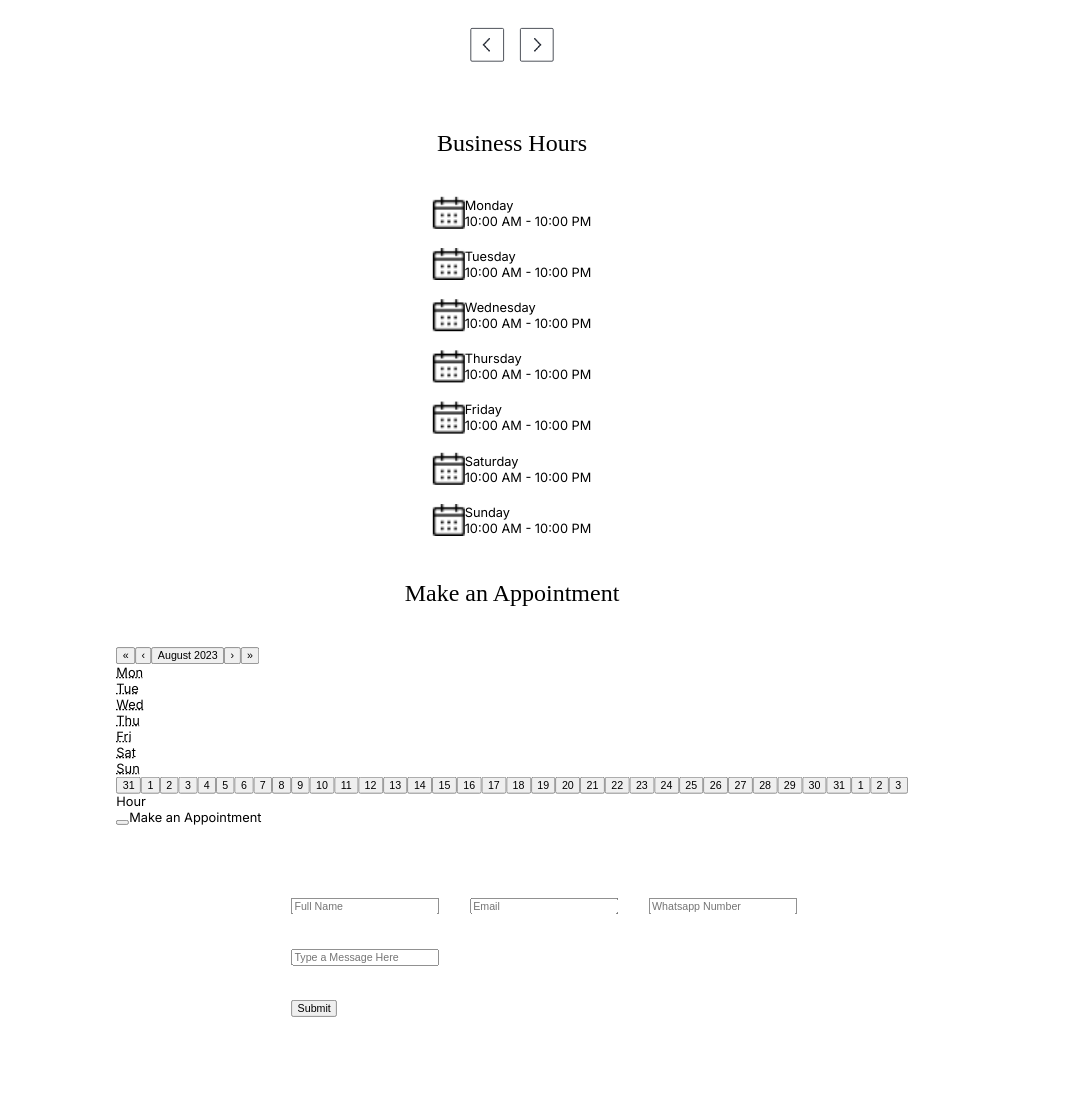
Repository: nikita120402/next13-deploy
Page: /
The author's editor kept a copy of each file at every save. The page is drawn from the files as they stood at one save, then again after the next save.
The browser window is 1280 px wide. The page is 1352 px wide, so the pictures cover 1352 px, including what lies to the right of the window. The pictures show the part of the page from y = 2300 to 3698 px (the page is 3694 px tall before and 3698 px after), at 80% of full size.
The project was rebuilt for these pictures with package versions that can differ from the ones it lists, and the page was loaded fresh each time. The framework's server and built-in components were replaced by stand-ins that run in the browser. Also part of the build but not shown: next.config.js.

Above is the page before, as saved 2023-08-08 02:19:06.

After the next save:
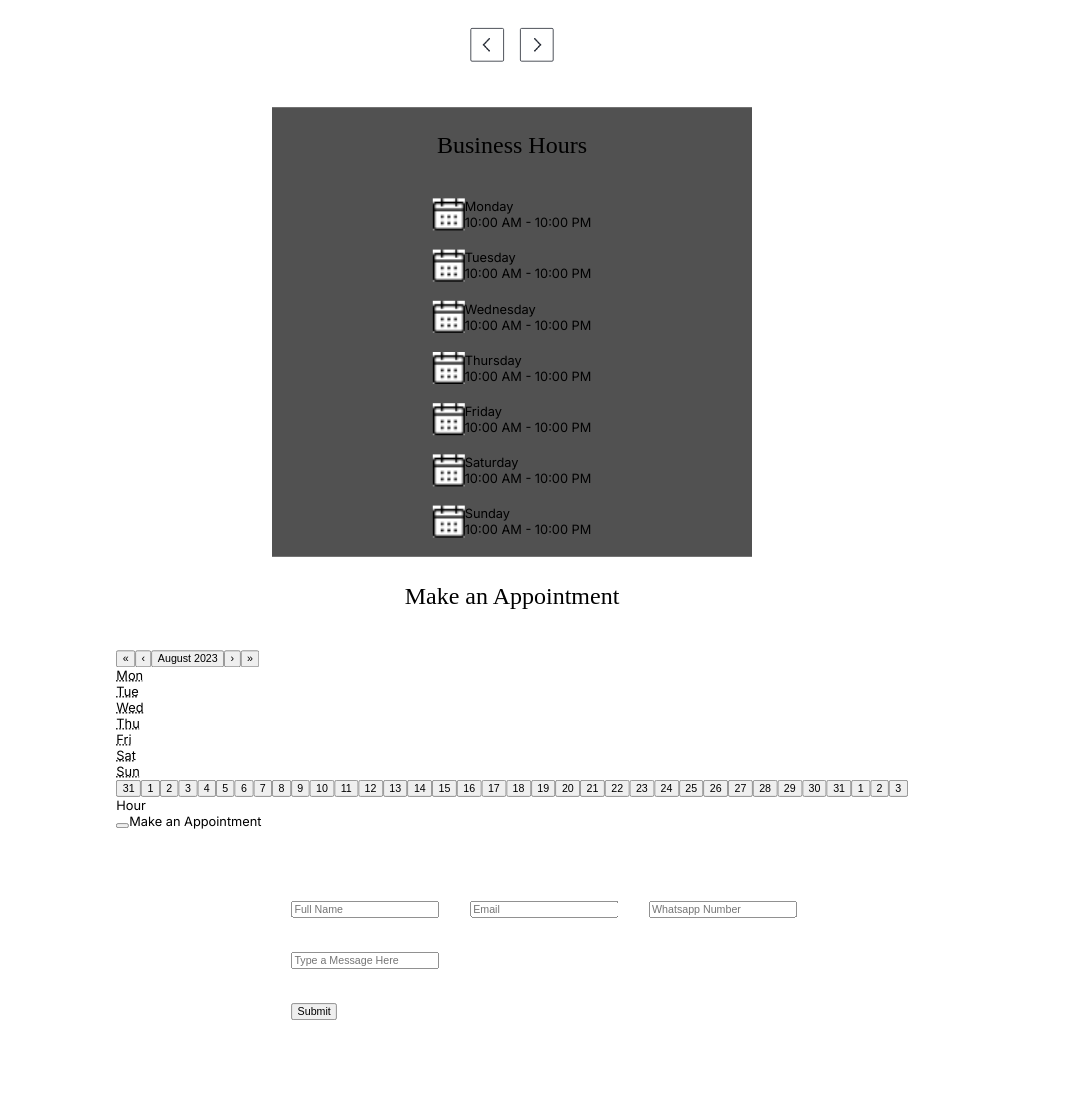
Saved 52 s later.
--- a/src/app/Design.module.css
+++ b/src/app/Design.module.css
@@ -131,7 +131,11 @@
     flex-wrap: wrap;
 }
 .businesscard{
-
+    background-color: #515151;
+    width: 600px;
+    margin: 2px;
+    text-align: center;
+}
 }
 .calicon{
 
